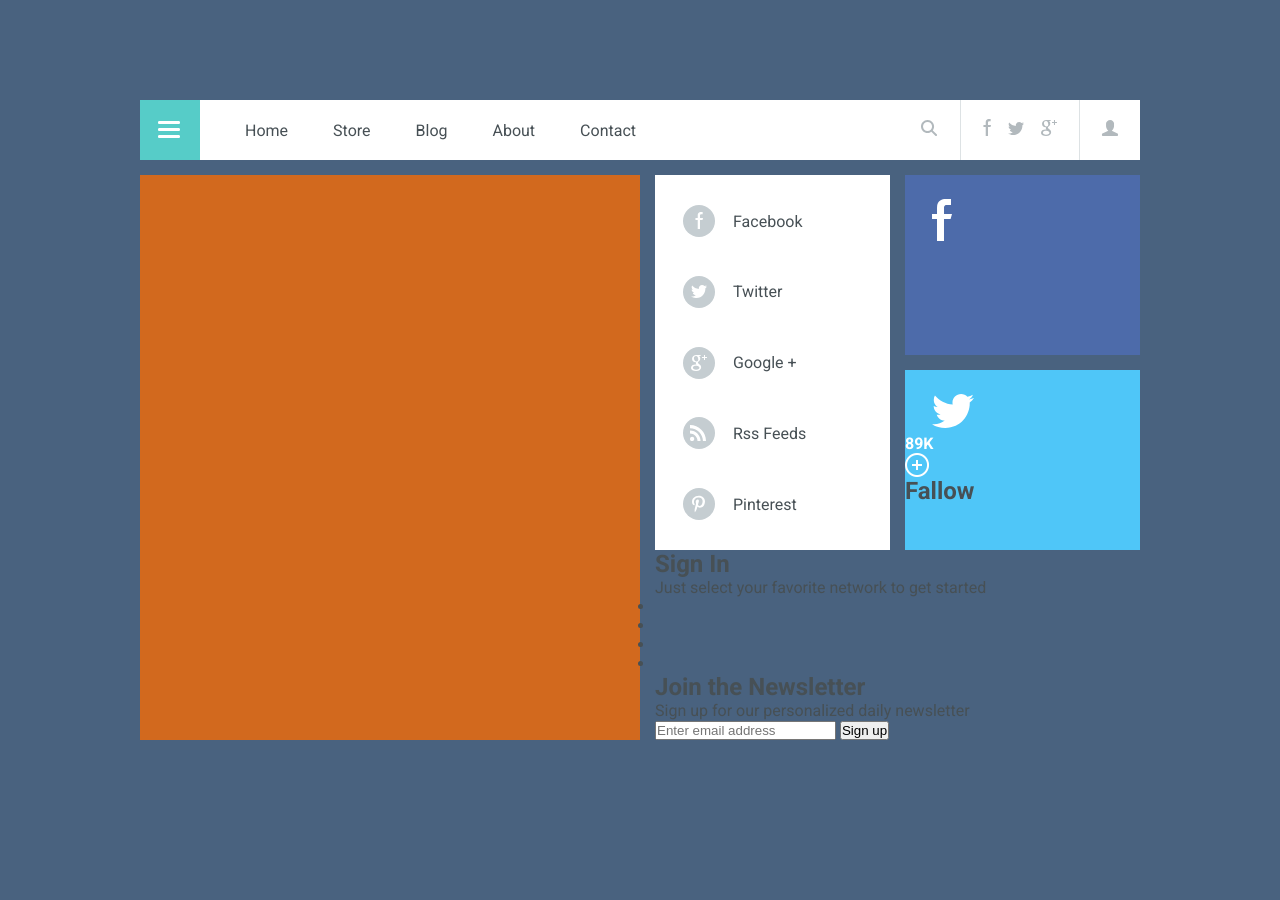
Repository: pawelczubak/WeeklyWebDevChallenge
Page: Challenge_4/index.html
These files come from the project's save history. The page is drawn as it stood at one moment and after the next save; the edit follows.
The browser window is 1280 px wide. The pictures show the whole page.
Some web libraries are served in a nearby version.

Above is the page before, as saved 2020-04-28 10:24:28.

After the next save:
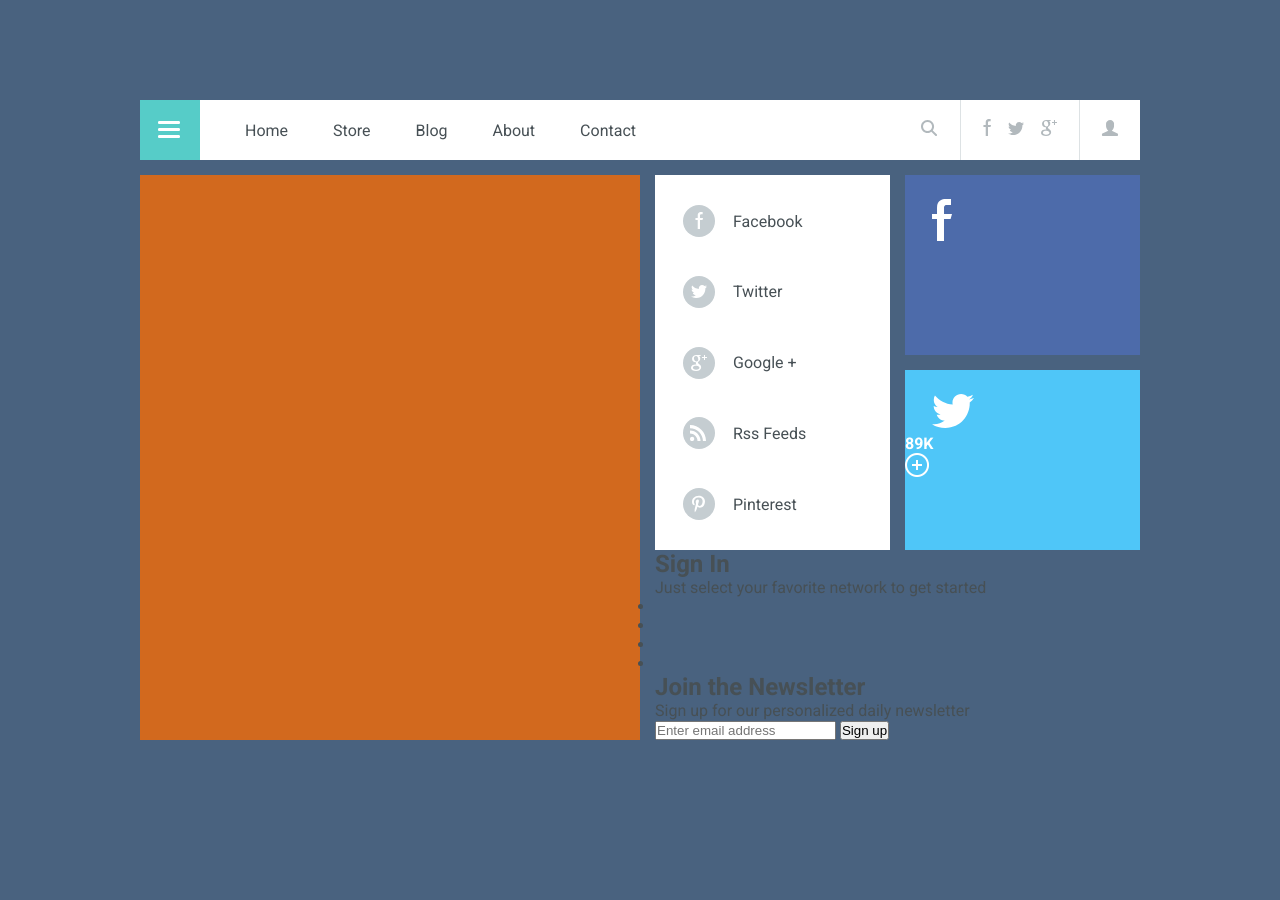
Saved 10 min 46 s later.
--- a/Challenge_4/index.html
+++ b/Challenge_4/index.html
@@ -172,7 +172,7 @@
 
                                 <span class="fallow-user__counter">89K</span>
                                 <div class="fallow-user__button"></div>
-                                <h2 class="test__h1"></h2>
+                                <h2 class="fallow-user__fallow"></h2>
 
                             </div>
                         </div>
